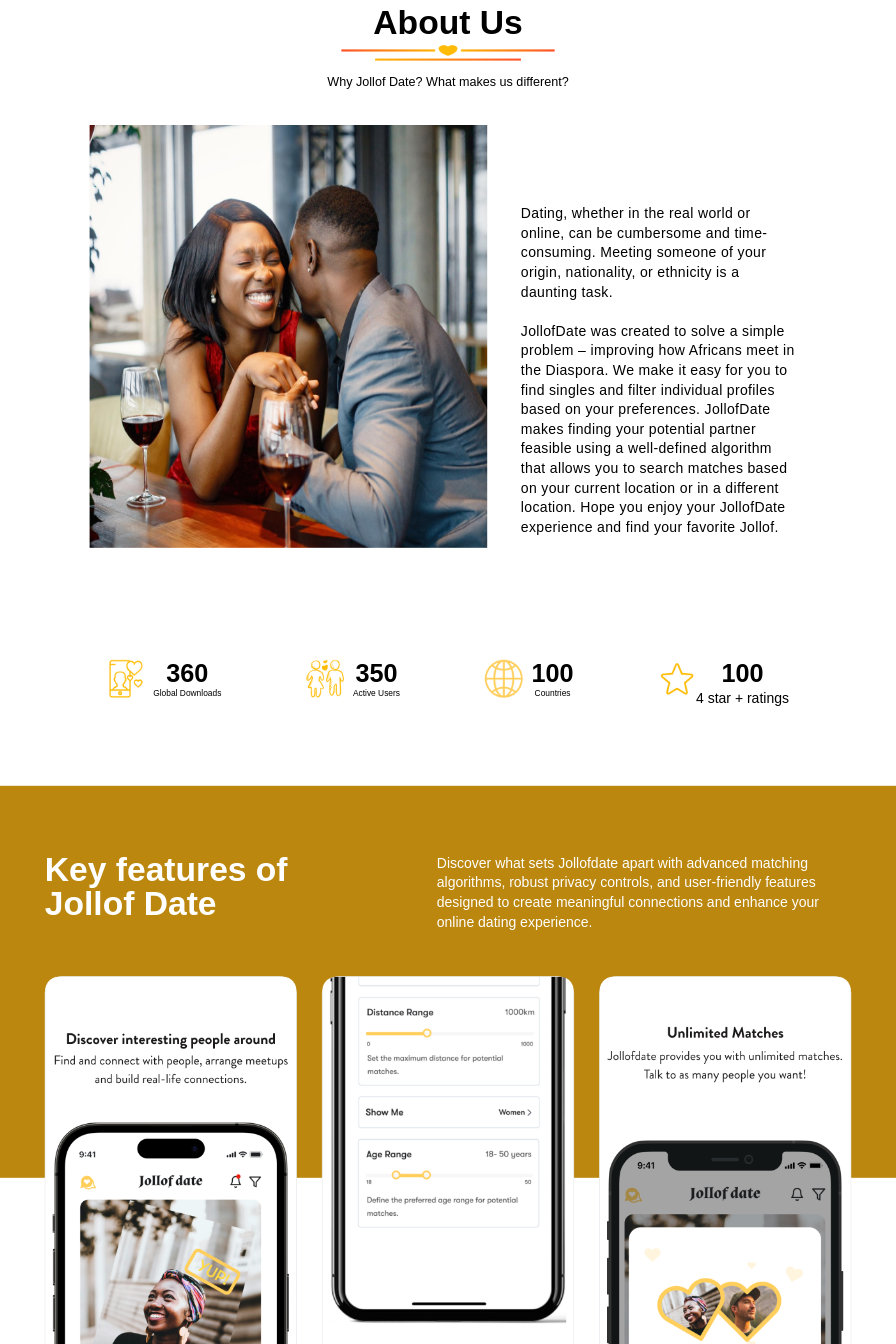
Repository: FarhanNasiru/jollofdate-frontend
Page: /
An editor plug-in stored every save of this project. The page is shown before and after the next save, followed by the edit.
The browser window is 1280 px wide. The pictures show the part of the page from y = 1072 to 2992 px (the page is 7532 px tall), at 70% of full size.
Some web fonts or font styles are not loaded; a fallback is used. The project was rebuilt for these pictures with package versions that can differ from the ones it lists, and the page was loaded fresh each time. Also part of the build but not shown: vite.config.js, src/Pages/Footer2.jsx, src/components/Header2.jsx, src/Pages/privacy.jsx, src/Pages/Term.jsx.

Above is the page before, as saved 2024-08-20 06:40:41.

### index.html
<!doctype html>
<html lang="en">
  <head>
    <meta charset="UTF-8" />
    <link rel="icon" type="image/svg+xml" href="/vite.svg" />
    <meta name="viewport" content="width=device-width, initial-scale=1.0" />
    <title>Jellof Date</title>
  </head>
  <body>
    <div id="root"></div>
    <script type="module" src="/src/main.jsx"></script>
  </body>
</html>

### src/App.jsx
import { BrowserRouter as Router, Route, Routes } from "react-router-dom";
import Header from "./components/Header";
import Home from "./Pages/Home";
import Privacy from "./Pages/privacy";
import Terms from "./Pages/Term";
import "./index.css";
const App = () => {
  return (
    <Router>
      <Header />
      <main>
        <Routes>
          <Route path="/" element={<Home />} />
          <Route path="/privacy" element={<Privacy />} />
          <Route path="/terms" element={<Terms />} />
        </Routes>
      </main>
    </Router>
  );
};

export default App;

### src/index.css
@import url('https://fonts.cdnfonts.com/css/hvdtrial-brandon-grotesque');
@import url('https://fonts.googleapis.com/css2?family=Almendra:ital,wght@0,400;0,700;1,400;1,700&display=swap');
@import "slick-carousel/slick/slick.css";
@import "slick-carousel/slick/slick-theme.css";

@tailwind base;
@tailwind components;
@tailwind utilities;

### src/Pages/Home.jsx
import Faq from "../components/Faq";
import Testimonials from "../components/Testimonials";
import Community from "../components/Community";
import How from "../components/Howitworks";
import Features from "../components/Features";
import About from "../components/Aboutus";
import Download from "../components/Download";
import Footer from "../components/Footer";
import Header from "../components/Header";

function Home() {
  return (
    <main className=" bg-white justify-center font-HvDTrial">
      <Header />
      <section
        id="home"
        className="pl-8 pr-8 justify-center bg-center bg-no-repeat items-center w-full lg:pt-64 lg:pb-9 bg-[url('/Images/Home-bg.png')] h-auto"
      >
        <h1 className="  text-wrap text-white text-7xl md:text-7xl  font-medium md:font-semibold text-center pt-32 pb-14 h-auto">
          Africans. Meet. Date. Connect.{" "}
        </h1>
        <p className=" text-2xl px-6 text-center text-white font-normal md:text-3xl">
          Begin your journey to a lifetime of happiness, success, progress, and
          bliss.
          <br /> Your happiness starts here. Let’s go!
        </p>
        <div className=" flex justify-center pt-12 flex-wrap pb-16">
          <a
            href="#"
            className="bg-transparent text-black px-1 py-1 rounded flex items-center"
          >
            <img
              src="/Images/Googleplay-whitesvg.svg"
              alt="Google Play"
              className="w-full h-full img-center"
            />
          </a>
          <a
            href="#"
            className="bg-transparent text-black px-4 py-2 rounded flex items-center"
          >
            <img
              src="/Images/Applestore-white.png"
              alt="App Store"
              className="w-full h-full mr-2"
            />
          </a>
        </div>
        <div className=" justify-center ">
          <a href="#footer">
            <img
              src="/Images/Home-arrow.png"
              alt=""
              className=" hidden md:flex justify-center m-auto md:pb-32"
            />
          </a>
        </div>
      </section>
      <About />
      <Features />
      <How />
      <Community />
      <Testimonials />
      <Faq />
      <Download />
      <Footer />
    </main>
  );
}

export default Home;

### src/components/Faq.jsx
import { useState } from "react";

function Faq() {
  const [openIndexes, setOpenIndexes] = useState([]);

  const toggleDropdown = (index) => {
    if (openIndexes.includes(index)) {
      setOpenIndexes(openIndexes.filter((i) => i !== index));
    } else {
      setOpenIndexes([...openIndexes, index]);
    }
  };

  const faqItems = [
    "How can I create my profile on the app?",
    "How can I create my profile on the app?",
    "How can I create my profile on the app?",
    "How can I create my profile on the app?",
    "How can I create my profile on the app?",
    "How can I create my profile on the app?",
  ];

  return (
    <section id="frequently-asked-questions" className="pb-14 sm:px-9">
      <div className="sm:pb-20 md:pb-12">
        <h2 className="text-2xl md:text-3xl font-bold text-center pt-24">
          Frequently Asked Questions
        </h2>
        <div className="flex justify-center py-4">
          <img src="/Images/love-logo.png" alt="" className=" md:w-auto" />
        </div>
        <h3 className="text-center text-lg">
          You have questions? Check here for answers
        </h3>
      </div>
      <div className="text-left sm:text-wrap px-4">
        {faqItems.map((item, index) => (
          <div key={index} className=" mx-auto mt-3">
            <div
              className={`flex pt-7 pl-16 pr-12 pb-6 justify-between cursor-pointer ${
                openIndexes.includes(index)
                  ? "bg-customYellow1 font-bold text-black text-xl rounded-t-md"
                  : "bg-bright text-black text-lg border-solid border rounded-lg border-customYellow1"
              }`}
              onClick={() => toggleDropdown(index)}
            >
              <p className="text-xl font-medium">{item}</p>
              {openIndexes.includes(index) ? (
                <div className="h-6 w-6">
                  <img src="/Jellofdate/add.svg" alt="" />
                </div>
              ) : (
                <div className="h-6 w-6">
                  <img src="/Jellofdate/add2.svg" alt="" className="bg-white" />
                </div>
              )}
            </div>
            {openIndexes.includes(index) && (
              <div className="p-4 bg-customYellow1 rounded-b-md shadow pt-7 pl-16 pr-12 pb-8">
                <p className=" xl:w-custom3text-xl md:text-wrap sm:text-balance">
                  Begin your journey to a lifetime of happiness, success,
                  progress and bliss. Begin your journey to a lifetime of
                  happiness, success, progress and bliss. Begin your journey to
                  a lifetime of happiness, success, progress and bliss. Begin
                  your journey to a lifetime of happiness, success, progress and
                  bliss. Begin your journey to a lifetime of happiness, success,
                  progress and bliss. Begin your journey to a lifetime of
                  happiness, success, progress and bliss. Begin your journey to
                  a lifetime of happiness, success, progress and bliss.
                </p>
              </div>
            )}
          </div>
        ))}
      </div>
    </section>
  );
}

export default Faq;

### src/components/Testimonials.jsx
import { Carousel } from "antd";

function Testimonials() {
  const contentStyle = {
    height: "auto",
    color: "#fff",
    lineHeight: "40px",
    textAlign: "center",
    background: "transparent",
  };

  const testimonials = [
    {
      quote:
        "“Other dating apps were like shooting fish in a barrel. But my girlfriend and I clicked right away on Jollofdate, and the conversation was effortless. We’ve been together for over a year.”",
      name: "Caitlyn King",
    },
    {
      quote:
        "“Other dating apps were like shooting fish in a barrel. But my girlfriend and I clicked right away on Jollofdate, and the conversation was effortless. We’ve been together for over a year.”",
      name: "Crystabel lyn",
    },
    {
      quote:
        "“Other dating apps were like shooting fish in a barrel. But my girlfriend and I clicked right away on Jollofdate, and the conversation was effortless. We’ve been together for over a year.”",
      name: "David Johnson",
    },
    {
      quote:
        "“Other dating apps were like shooting fish in a barrel. But my girlfriend and I clicked right away on Jollofdate, and the conversation was effortless. We’ve been together for over a year.”",
      name: "King Micheal",
    },
  ];

  return (
    <section id="testimonials" className="p-8 pt-24">
      <div>
        <h2 className="text-5xl font-bold text-center p-2">Testimonials</h2>
        <div className="flex justify-center pb-5 md:pb-6">
          <img src="/Images/love-logo.png" alt="Love Logo" />
        </div>
        <h3 className="text-center text-lg">
          Read what our existing users have to say
        </h3>
      </div>
      <div className="text-center pt-9 pb-16 text-black">
        <Carousel autoplay>
          {testimonials.map((testimonial, index) => (
            <div key={index}>
              <div style={contentStyle}>
                <h1 className="text-black text-center m-auto font-normal text-2xl text-wrap">
                  {testimonial.quote}
                </h1>
                <div className="flex justify-center py-3">
                  {[...Array(5)].map((_, i) => (
                    <img
                      key={i}
                      src="/Images/Star.svg"
                      alt="Star"
                      className="mx-1"
                    />
                  ))}
                </div>
                <p className="text-center text-black text-lg pb-8">
                  {testimonial.name}
                </p>
              </div>
            </div>
          ))}
        </Carousel>
      </div>
    </section>
  );
}

export default Testimonials;

### src/components/Community.jsx
function Community() {
  return (
    <div>
      <section
        id="Community"
        className="bg-custom-radial flex flex-col items-center justify-center mb-28 px-6 pt-8"
      >
        <div className="space-y-8 text-center text-black">
          <div>
            <h1 className="text-3xl sm:text-4xl md:text-5xl font-bold">
              Join the
            </h1>
            <h2 className="text-3xl sm:text-4xl md:text-5xl font-bold">
              Jollof Date Community
            </h2>
          </div>
          <div className="w-full sm:w-4/5 md:w-3/5 lg:w-custom9 mx-auto">
            <h3 className="text-sm sm:text-base font-normal">
              Download the app from your store and begin your journey to a
              lifetime of happiness, success, progress, and bliss.
            </h3>
          </div>
          <div className="text-center justify-center m-auto gap-3 flex-wrap md:flex space-y-6">
            <a href="" className="w-32 md:w-40 ">
              <img
                src="/Images/Applestore-dark.png"
                alt="Download on the App Store"
                className="m-auto"
              />
            </a>
            <a href="" className="w-32 md:w-40">
              <img
                src="/Images/Googleplay-Dark.png"
                alt="Get it on Google Play"
                className="m-auto"
              />
            </a>
          </div>
        </div>
        <div className="flex justify-center mt-8">
          <img
            src="/Images/threephones.png"
            alt="Three phones showing the app"
            className="w-full sm:w-4/5 md:w-3/5 lg:w-auto"
          />
        </div>
      </section>
    </div>
  );
}

export default Community;

### src/components/Howitworks.jsx
function Howitworks() {
  return (
    <div>
      <section id="how-it-works" className="pt-16 md:pt-72 pb-10">
        <h2 className="text-2xl md:text-3xl font-bold text-center mt-24 md:mt-44 p-2">
          How it works
        </h2>
        <div className="flex justify-center pb-4 md:pb-2">
          <img src="/Images/love-logo.png" alt="" className=" md:w-auto" />
        </div>
        <h3 className="text-center text-sm md:text-base pb-4 md:pb-6">
          A step-by-step guide on how to get started on Jollof Date
        </h3>
        <div className="flex flex-col xl:flex-row p-4 md:p-8 space-y-8 md:space-y-0">
          <div id="picture" className="flex justify-center   space-x-3 ">
            <img
              src="/Images/f-and-j-frame.png"
              alt=""
              className="w-full md:w-auto"
            />
          </div>
          <div className="icon space-y-8 md:space-y-11 md:ml-11">
            <div className="flex gap-4 md:gap-6">
              <img
                src="/Images/sign up.png"
                alt=""
                className="w-12 h-12 md:w-16 md:h-16"
              />
              <div>
                <h1 className="font-bold text-xl md:text-2xl">Sign Up</h1>
                <h2 className="font-normal text-sm md:text-xl">
                  Begin your journey to a lifetime of happiness, success,
                  progress, and bliss.
                </h2>
              </div>
            </div>
            <div className="flex gap-4 md:gap-6">
              <img
                src="/Images/create.png"
                alt=""
                className="w-12 h-12 md:w-16 md:h-16"
              />
              <div>
                <h1 className="font-bold text-xl md:text-2xl">
                  Create Profile and Add Preferences
                </h1>
                <h2 className="font-normal text-sm md:text-xl">
                  Share your interests, hobbies, and a bit about yourself to
                  help us find your perfect match.
                </h2>
              </div>
            </div>
            <div className="flex gap-4 md:gap-6">
              <img
                src="/Images/browse.png"
                alt=""
                className="w-12 h-12 md:w-16 md:h-16"
              />
              <div>
                <h1 className="font-bold text-xl md:text-2xl">
                  Browse and Match
                </h1>
                <h2 className="font-normal text-sm md:text-xl">
                  Use our advanced filters to find people who share your
                  interests and values. Start connecting today.
                </h2>
              </div>
            </div>
            <div className="flex gap-4 md:gap-6">
              <img
                src="/Images/chat.png"
                alt=""
                className="w-12 h-12 md:w-16 md:h-16"
              />
              <div>
                <h1 className="font-bold text-xl md:text-2xl">Chat and Call</h1>
                <h2 className="font-normal text-sm md:text-xl">
                  Get to know your matches better and build connections in a
                  safe and private environment.
                </h2>
              </div>
            </div>
          </div>
        </div>
      </section>
    </div>
  );
}

export default Howitworks;

### src/components/Features.jsx
function Features() {
  return (
    <div>
      <section
        id="features"
        className=" md:p-8 pt-16 md:pt-24 mb-20 md:mb-40 bg-featuresY h-full w-full md:h-custom16"
      >
        <div className="">
          <div className="flex flex-col md:flex-row justify-between m-auto px-4 md:px-8 space-y-4 md:space-y-0">
            <h3 className="text-3xl md:text-5xl font-bold w-full md:w-96 h-auto md:h-36 text-white">
              Key features of Jollof Date
            </h3>
            <h2 className="text-xl w-full md:w-custom4 font-normal text-white">
              Discover what sets Jollofdate apart with advanced matching
              algorithms, robust privacy controls, and user-friendly features
              designed to create meaningful connections and enhance your online
              dating experience.
            </h2>
          </div>
          <div className="flex flex-col md:flex-row h-full space-y-4 md:space-y-0 md:space-x-9 pl-0 md:pl-8 pr-0 md:pr-8 mt-8 w-full">
            <div className="bg-white text-center border rounded-3xl">
              <img
                src="/Images/phone1.png"
                alt=""
                className="w-full md:w-auto"
              />
            </div>
            <div className="bg-white text-center border rounded-3xl md:flex hidden">
              <a href="">
                <img src="/Images/Phone2.png" alt="" className="w-full" />
              </a>
            </div>
            <div className="bg-white text-center border rounded-3xl md:flex hidden">
              <a href="">
                <img src="/Images/Phone3.png" alt="" className="w-full" />
              </a>
            </div>
          </div>
        </div>
      </section>
    </div>
  );
}

export default Features;

### src/components/Aboutus.jsx
function Aboutus() {
  return (
    <div>
      <section id="about-us" className="pt-16 md:pt-24">
        <div className="px-4 md:px-24">
          <h2 className="text-3xl md:text-5xl font-bold text-center p-2">
            About Us
          </h2>
          <div className="flex justify-center pb-4">
            <img src="/Images/love-logo.png" alt="" className="md:14" />
          </div>
          <h3 className="text-center text-base md:text-lg pb-8 md:pb-12">
            Why Jollof Date? What makes us different?
          </h3>
          <div className="flex flex-col xl:flex-row gap-4 lg:gap-8 px-2 lg:px-8 pb-16 lg:pb-32 justify-center">
            <img
              src="/Images/Lovers.png"
              alt=""
              className="w-full xl:w-custom11 h-auto lg:h-custom12 shrink-0"
            />
            <div className="tracking-wide bg-white p-4 md:pt-28 font-normal text-base md:text-xl">
              <p>
                Dating, whether in the real world or online, can be cumbersome
                and time-consuming. Meeting someone of your origin, nationality,
                or ethnicity is a daunting task.
              </p>
              <br />
              <p>
                JollofDate was created to solve a simple problem – improving how
                Africans meet in the Diaspora. We make it easy for you to find
                singles and filter individual profiles based on your
                preferences. JollofDate makes finding your potential partner
                feasible using a well-defined algorithm that allows you to
                search matches based on your current location or in a different
                location. Hope you enjoy your JollofDate experience and find
                your favorite Jollof.
              </p>
            </div>
          </div>
        </div>
        <div className="flex flex-wrap text-center space-y-8 pb-12 lg:pb-28 justify-evenly px-8">
          <div className="flex space-x-3 mt-8">
            <div>
              <img src="/Images/person.png" alt="" />
            </div>
            <div className="">
              <h1 className="font-bold text-4xl">360</h1>
              <h2 className="text-xs">Global Downloads</h2>
            </div>
          </div>
          <div className="flex space-x-3">
            <div>
              <img src="/Images/people.png" alt="" />
            </div>
            <div className="">
              <h1 className="font-bold text-4xl">350</h1>
              <h2 className="text-xs">Active Users</h2>
            </div>
          </div>
          <div className="flex space-x-3">
            <div>
              <img src="/Images/world-o.png" alt="" />
            </div>
            <div className="">
              <h1 className="font-bold text-4xl">100</h1>
              <h2 className="text-xs">Countries</h2>
            </div>
          </div>
          <div className="flex">
            <div>
              <img src="/Images/Star2.png" alt="" className="" />
            </div>
            <div className="">
              <h1 className="font-bold text-4xl justify-start m-auto">100</h1>
              <h2 className="text-xl">4 star + ratings</h2>
            </div>
          </div>
        </div>
      </section>
    </div>
  );
}

export default Aboutus;

### src/components/Download.jsx
function Download() {
  return (
    <section
      id="last"
      className=" mt-20 w-full justify-center bg-customYellow1 md:w-3/4 xl:w-4/5 md:h-full pb-9 m-auto pt-9 p-11 border-0 rounded-2xl -mb-[100px] relative "
    >
      <div className="">
        <div>
          <h1 className="text-center font-normal text-xl pb-3 pl-3 pr-3">
            Your one stop spot for the right relationship
          </h1>
        </div>
        <h3 className="text-center font-bold text-4xl pb-3 lg:">
          Download Jollofdate Now
        </h3>
        <h2 className=" flex text-center justify-center m-auto font-normal xl:w-80 pb-8">
          Begin your journey to a lifetime of happiness, success, progress and
          bliss.
        </h2>
        <div className="text-center md:flex flex-wrap justify-center gap-4 m-auto space-y-7 md:space-y-0 ">
          <img
            src="/Images/Applestore-dark.png"
            alt=""
            className="m-auto md:m-0"
          />
          <img
            src="/Images/Googleplay-Dark.png"
            alt=""
            className="m-auto md:m-0"
          />
        </div>
      </div>
    </section>
  );
}

export default Download;

Loaded but not shown: src/main.jsx (common file); tailwind.config.js (58 lines, source omitted); src/components/Header.jsx (145 lines, source omitted); src/components/Footer.jsx (106 lines, source omitted)

After the next save:
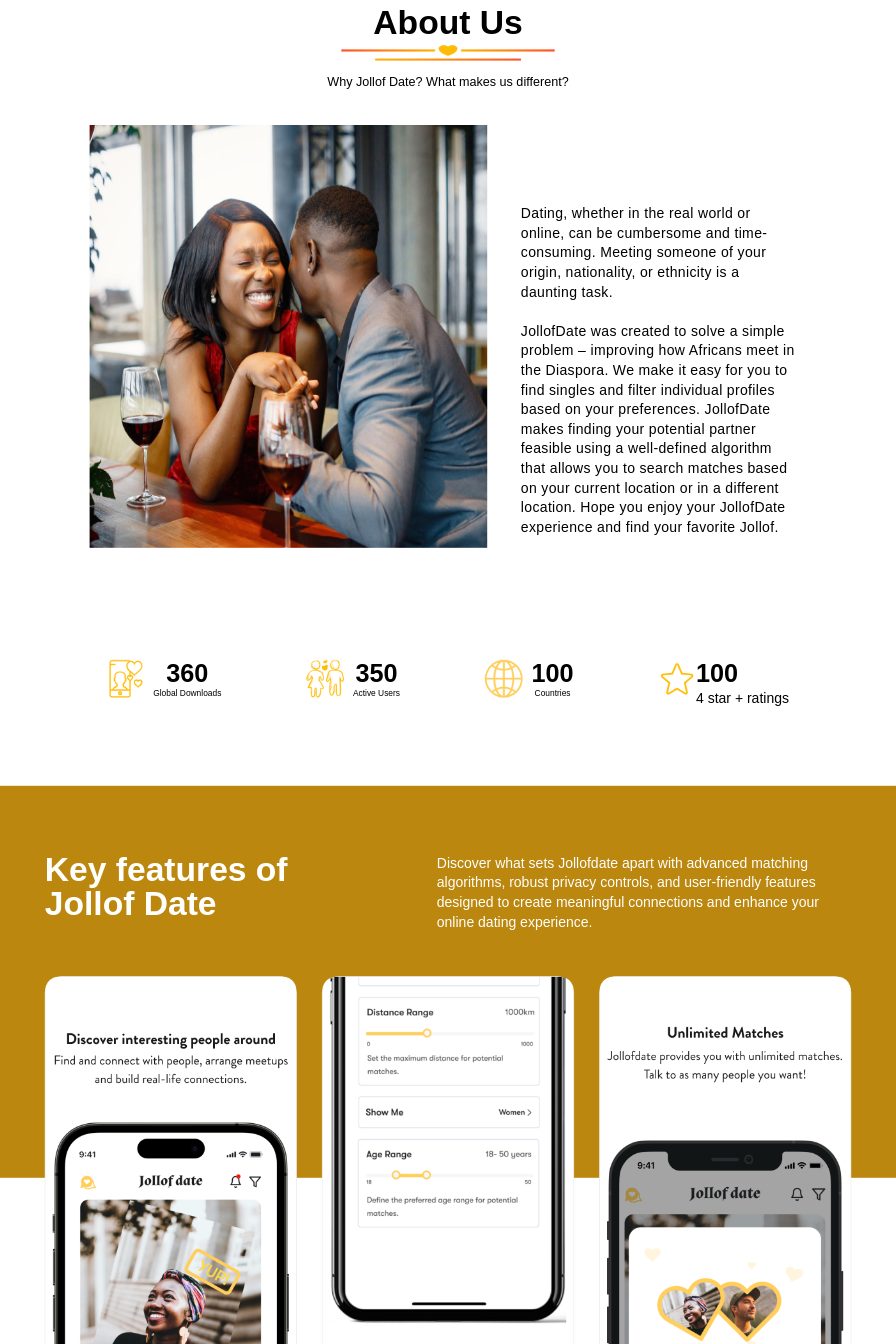
Saved 10 s later.
--- a/src/components/Aboutus.jsx
+++ b/src/components/Aboutus.jsx
@@ -71,7 +71,9 @@
               <img src="/Images/Star2.png" alt="" className="" />
             </div>
             <div className="">
-              <h1 className="font-bold text-4xl justify-start m-auto">100</h1>
+              <h1 className="font-bold text-4xl justify-start m-auto flex">
+                100
+              </h1>
               <h2 className="text-xl">4 star + ratings</h2>
             </div>
           </div>
